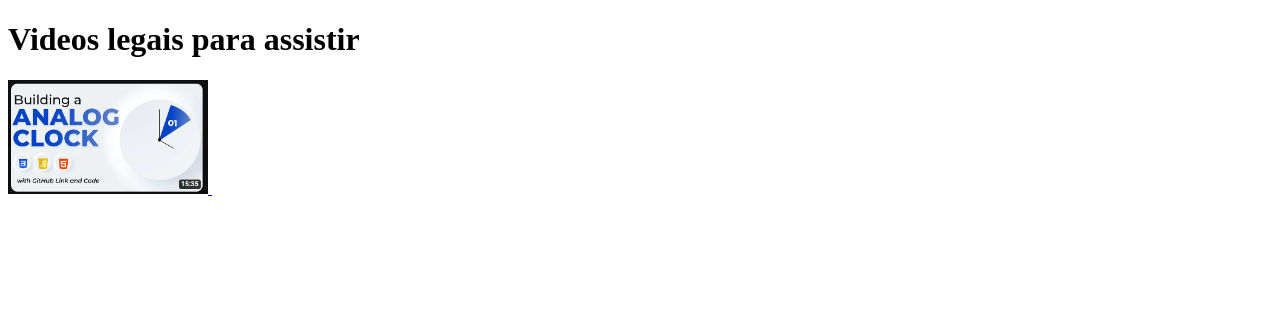
Repository: GabrielTrevisanMargrander/Html-Css
Page: Exercicios/ex012/desafio/index.html
An editor plug-in stored every save of this project. The page is shown before and after the next save, followed by the edit.
The browser window is 1280 px wide. The pictures show the whole page.

Above is the page before, as saved 2023-05-31 20:31:08.

### Exercicios/ex012/desafio/index.html
<!DOCTYPE html>
<html lang="pt-bt">
<head>
    <meta charset="UTF-8">
    <meta http-equiv="X-UA-Compatible" content="IE=edge">
    <meta name="viewport" content="width=device-width, initial-scale=1.0">
    <title>Meus Videos</title>
</head>
<body>

    <h1>Videos legais para assistir
    </h1>

<a href="autor.html" target="_blank"> <img src="iamgens/imagem1.png" alt="nem sei" width="200px"> </a>
<a href="ingles.html"> <img src="" alt=""></a>
<a href=></a>
<a href=></a>



</body>
</html>

After the next save:
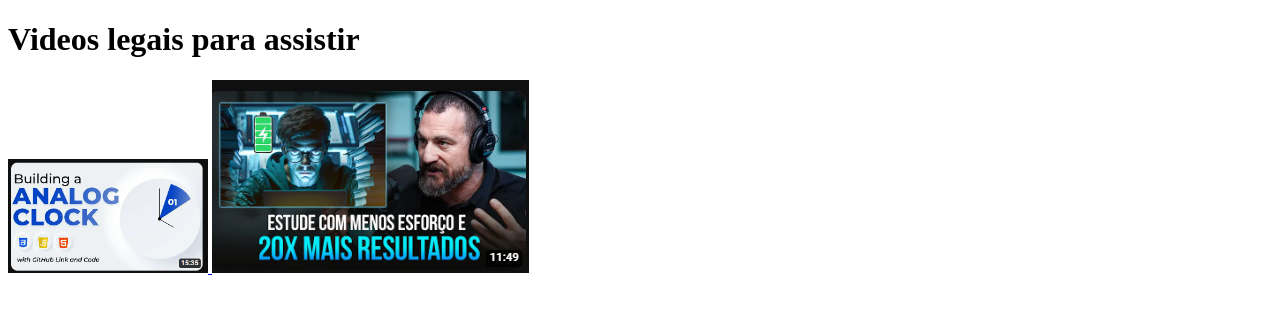
Saved 4 s later.
--- a/Exercicios/ex012/desafio/index.html
+++ b/Exercicios/ex012/desafio/index.html
@@ -12,7 +12,7 @@
     </h1>
 
 <a href="autor.html" target="_blank"> <img src="iamgens/imagem1.png" alt="nem sei" width="200px"> </a>
-<a href="ingles.html"> <img src="" alt=""></a>
+<a href="ingles.html"> <img src="iamgens/imagem2.png" alt=""></a>
 <a href=></a>
 <a href=></a>
 
